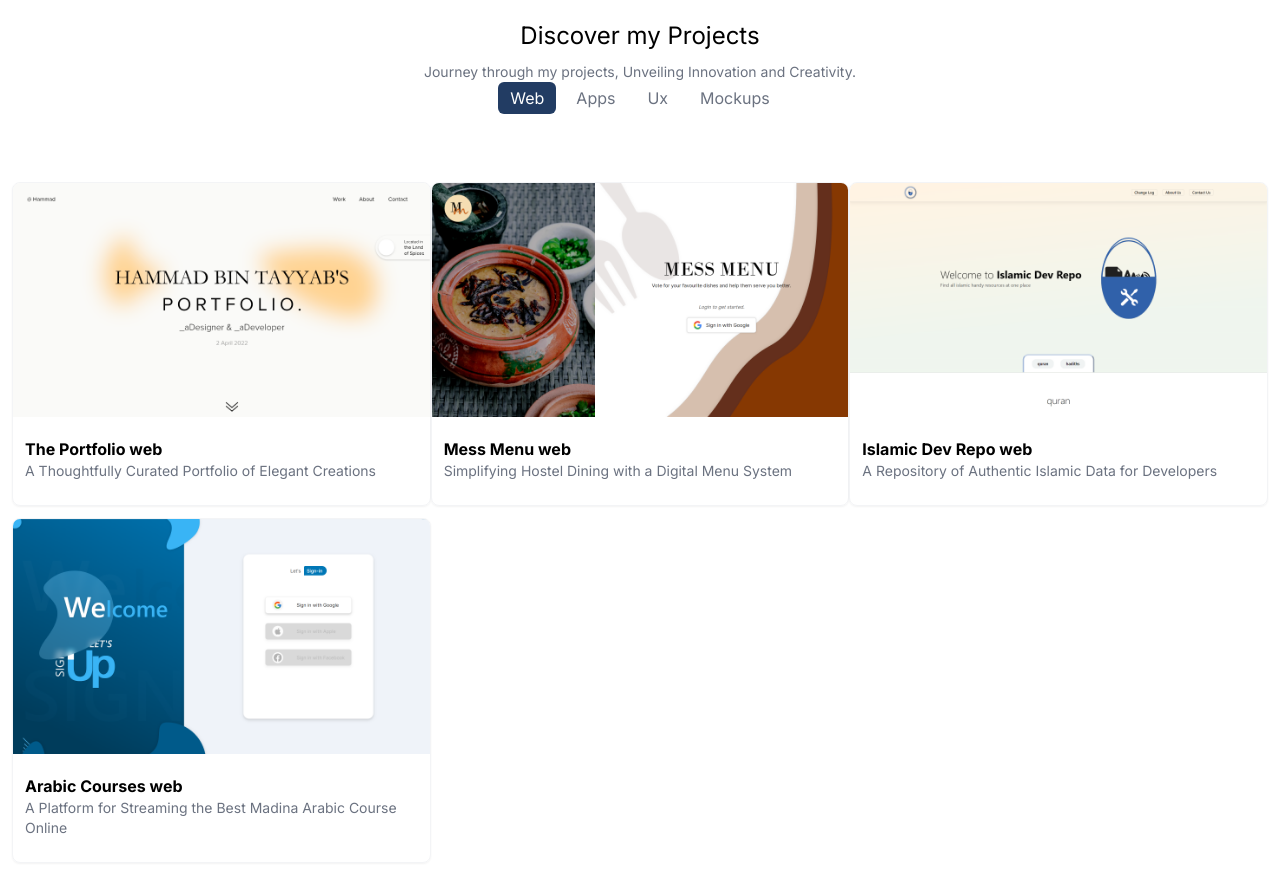
Repository: SpicierEwe/my_portfolio_v2
Page: /
An editor plug-in stored every save of this project. The page is shown before and after the next save, followed by the edit.
The browser window is 1280 px wide. The pictures show the whole page.
The project was rebuilt for these pictures with package versions that can differ from the ones it lists, and the page was loaded fresh each time. The framework's server and built-in components were replaced by stand-ins that run in the browser. Also part of the build but not shown: next.config.js, core/utils/customIcons.js, core/utils/utils.tsx, core/db/sub_db_data/ux_db.js.

Above is the page before, as saved 2024-04-22 11:44:58.

After the next save:
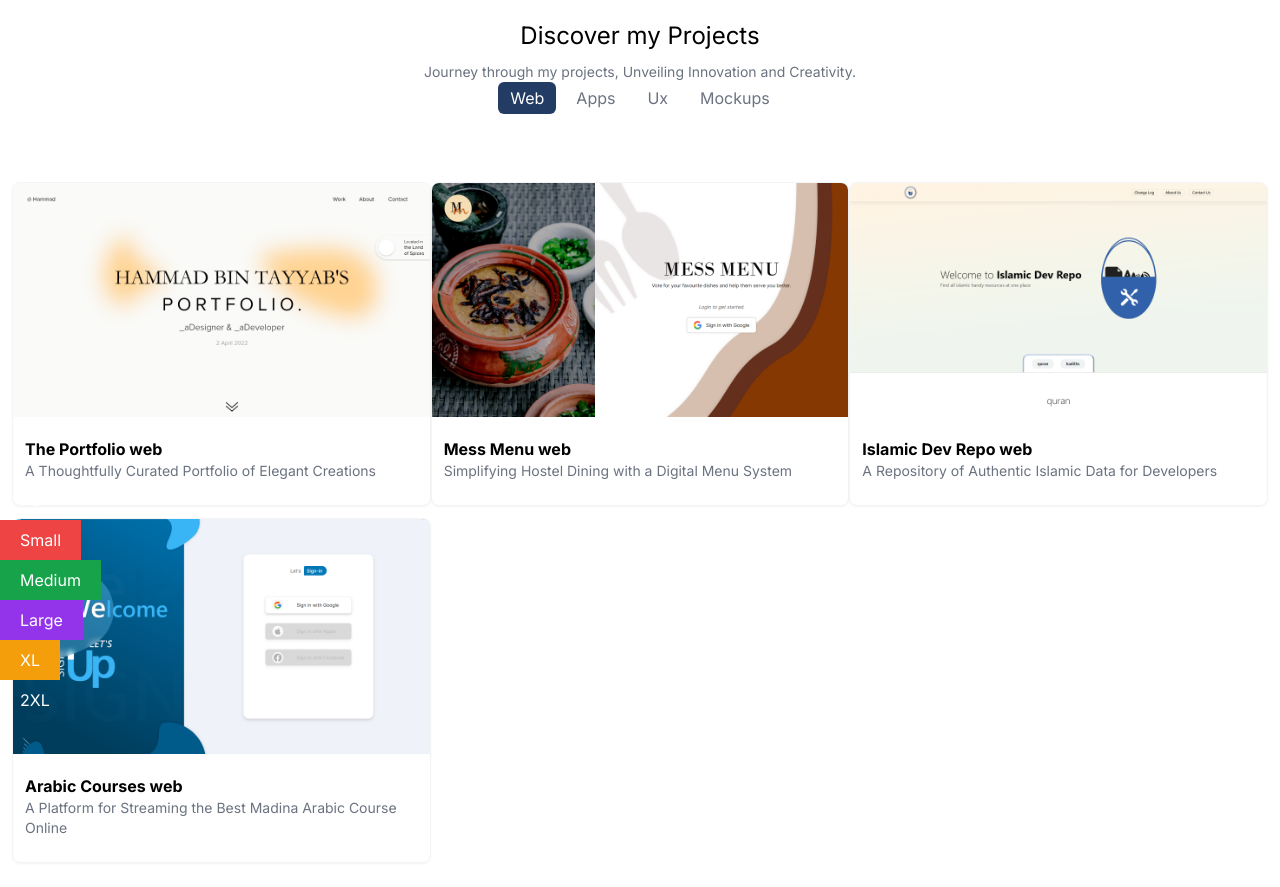
Saved 88 s later.
--- a/app/page.tsx
+++ b/app/page.tsx
@@ -6,9 +6,9 @@ import Image from "next/image";
 export default function Home() {
   return (
     <main>
-      {/* <div className="absolute z-30 overflow-hidden bottom-0 ">
-        <DevicePreview  />
-      </div> */}
+      <div className="absolute z-30 overflow-hidden bottom-0 ">
+        <DevicePreview />
+      </div>
       {/* <div className="overflow-hidden">
         <HeroSection />
       </div> */}
